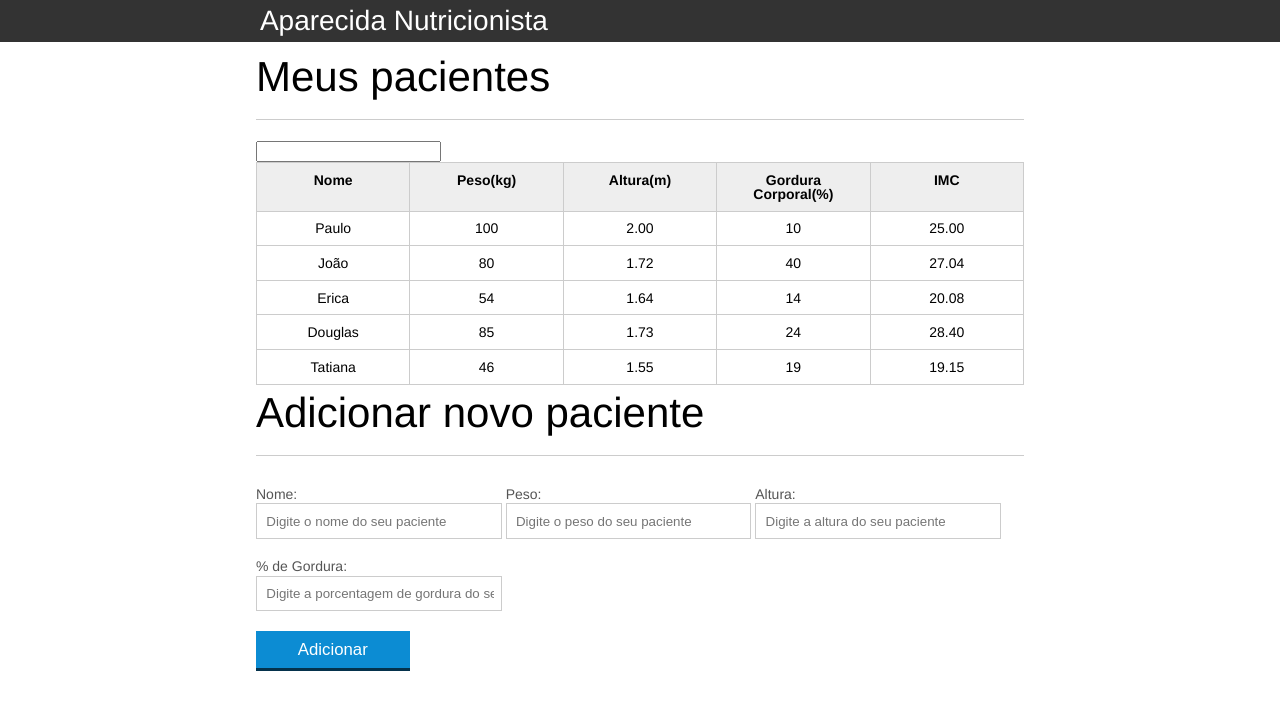
Repository: GabbLps/Controle-de-Clientes-Alura
Page: index.html
These files come from the project's save history. The page is drawn as it stood at one moment and after the next save; the edit follows.
The browser window is 1280 px wide. The pictures show the whole page.

Above is the page before, as saved 2022-05-15 18:42:43.

### index.html
<!DOCTYPE html>
<html lang="pt-br">
	<head>
		<meta charset="UTF-8">
		<title>Aparecida Nutrição</title>
		<link rel="icon" href="favicon.ico" type="image/x-icon">
		<link rel="stylesheet" type="text/css" href="css/reset.css">
		<link rel="stylesheet" type="text/css" href="css/index.css">

	</head>
	<body>

		<header>
			<div class="container">
				<h1 class="titulo">Aparecida Nutrição</h1>
			</div>
		</header>
		<main>
			<section class="container">
				<h2>Meus pacientes</h2>

				<input type="text" name="filtro" id="filtrar-tabela">
				<table>
					<thead>
						<tr>
							<th>Nome</th>
							<th>Peso(kg)</th>
							<th>Altura(m)</th>
							<th>Gordura Corporal(%)</th>
							<th>IMC</th>
						</tr>
					</thead>
					<tbody id="tabela-pacientes">
						<tr class="paciente" id="primeiro-paciente" >
							<td class="info-nome">Paulo</td>
							<td class="info-peso">100</td>
							<td class="info-altura">2.00</td>
							<td class="info-gordura">10</td>
							<td class="info-imc">0</td>
						</tr>

						<tr class="paciente" >
							<td class="info-nome">João</td>
							<td class="info-peso">80</td>
							<td class="info-altura">1.72</td>
							<td class="info-gordura">40</td>
							<td class="info-imc">0</td>
						</tr>

						<tr class="paciente" >
							<td class="info-nome">Erica</td>
							<td class="info-peso">54</td>
							<td class="info-altura">1.64</td>
							<td class="info-gordura">14</td>
							<td class="info-imc">0</td>
						</tr>

						<tr class="paciente">
							<td class="info-nome">Douglas</td>
							<td class="info-peso">85</td>
							<td class="info-altura">1.73</td>
							<td class="info-gordura">24</td>
							<td class="info-imc">0</td>
						</tr>
						<tr class="paciente" >
							<td class="info-nome">Tatiana</td>
							<td class="info-peso">46</td>
							<td class="info-altura">1.55</td>
							<td class="info-gordura">19</td>
							<td class="info-imc">0</td>
						</tr>
					</tbody>
				</table>

			</section>
		</main>

		<section class="container">
			<h2 id="titulo-form">Adicionar novo paciente</h2>
			<ul id="mensagens-erro">

			</ul>
			<form id="form-adiciona">
				<div class="grupo">
					<label for="nome">Nome:</label>
					<input id="nome" name="nome" type="text" placeholder="Digite o nome do seu paciente" class="campo">
				</div>
				<div class="grupo">
					<label for="peso">Peso:</label>
					<input id="peso" name="peso" type="text" placeholder="Digite o peso do seu paciente" class="campo campo-medio">
				</div>
				<div class="grupo">
					<label for="altura">Altura:</label>
					<input id="altura" name="altura" type="text" placeholder="Digite a altura do seu paciente" class="campo campo-medio">
				</div>
				<div class="grupo">
					<label for="gordura">% de Gordura:</label>
					<input id="gordura" type="text" placeholder="Digite a porcentagem de gordura do seu paciente" class="campo campo-medio">
				</div>

				<button id="adicionar-paciente" class="botao bto-principal">Adicionar</button>
			</form>
		</section>

		<script src="js/calcula-imc.js"></script>
		<script src="js/form.js"></script>
		<script src="js/remover-paciente.js"></script>
	</body>
</html>

### css/index.css
*{
	box-sizing: border-box;
 }

body{
	font-family: "Helvetica Neue", "Helvetica", Helvetica, Arial, sans-serif;
	font-size: 14px;
}

header{
	background-color: #333;
	height: 3em;
	color: #FFF;
	margin-bottom: 1em;
}

header h1{
	font-size: 2em;
	display:inline-block;
	vertical-align:	middle;
}
header h2{
	font-size: 2em;
	display:inline-block;
	vertical-align:	middle;
}

header .container:before{
	content: '';
	display:inline-block;
	height: 100%;
	vertical-align:	middle;
}

.container{
	width: 60%;
	height: 100%;
	margin: 0 auto;
}

section{
	margin: 2em 0;
	overflow: hidden;
}

section h2{
	font-size: 3em;
	display: block;
	padding-bottom: .5em;
	border-bottom: 1px solid #ccc;
	margin-bottom: .5em;
}

table{
	width: 100%;
	margin-bottom : .5em;
    table-layout: fixed;

}

td, th {
	padding: .7em;
	margin: 0;
	border: 1px solid #ccc;
	text-align: center;
}

th{
	font-weight: bold;
	background-color: #EEE;
}

label{
	color: #555;
	display: block;
	margin-bottom: .2em;
}

.campo{
	margin: 0;
	padding-bottom: 1em;
	width: 100%;
	border: 1px solid #ccc;
	padding: .7em;
	width: 100%;
}

.campo-medio{
	display: inline-block;
	padding-right: .5em;
}

.grupo{
	width: 32%;
	display: inline-block;
	padding: 10px 0px;
}

button{
	padding: .5em 2em;
	border: 0;
	border-bottom: 3px solid;
	font-size: 1.2em;
	cursor: pointer;
	margin: 0;
	margin-top: -3px;
	color: #fff;
	background-color:#0c8cd3;
	border-color: #04324c;
	width: 20%;
    display: block;
    clear: both;
    margin: 10px 0px;

}

button:active{
	margin-top:0px;
	border: 0;
}

button[disabled=disabled], button:disabled {
    background-color: gray;
	border-color: darkgray;

}

.adicionar-paciente{
    margin-top: 30px;
}

.campo-invalido{
	border: 1px solid red;
}

.paciente-invalido {
	background-color: lightcoral;
}

#mensagens-erro{
	color:red;
}

.fadeOut {
	opacity: 0;
	transition: 0.5s;
}

### js/calcula-imc.js
var titulo = document.querySelector(".titulo");
titulo.textContent = "Aparecida Nutricionista";

var pacientes = document.querySelectorAll(".paciente");

for(var i = 0;i < pacientes.length; i++) {

    var paciente = pacientes[i];

    var tdPeso = paciente.querySelector(".info-peso");
    var peso = tdPeso.textContent;

    var tdAltura = paciente.querySelector(".info-altura");
    var altura = tdAltura.textContent;

    var tdImc = paciente.querySelector(".info-imc");

    var pesoEhValido = validaPeso(peso); //true or false
    var alturaEhValida = validaAltura(altura); //true or false

    if(!pesoEhValido) {
        console.log("Peso inválido!")
        pesoEhValido = false;
        tdImc.textContent = "Peso inválido!"
        paciente.classList.add("paciente-invalido");
    }

    if(!alturaEhValida) {
        console.log("Altura inválida!")
        pesoEhValido = false;
        tdImc.textContent = "Altura inválida!";
        paciente.classList.add("paciente-invalido");
    }

    if(pesoEhValido && alturaEhValida) {
        var imc = calculaImc(peso,altura);
        tdImc.textContent = imc;
    }
}

function validaPeso(peso) {
    if(peso >= 0 && peso < 1000) {
        return true;
    }else{
        return false;
    }
}

function validaAltura(altura) {
    if(altura >= 0 && altura <= 3.0) {
        return true;
    } else {
        return false;
    }
}

function calculaImc(peso,altura) {
    var imc = 0;

    imc = peso / (altura*altura);

    return imc.toFixed(2);
}

### js/form.js
var botaoAdicionar = document.querySelector("#adicionar-paciente");
botaoAdicionar.addEventListener("click", function(event) {
    event.preventDefault();

    var form = document.querySelector("#form-adiciona");
    var paciente = obtemPacienteDoFormulario(form);

    var pacienteTr = montaTr(paciente);

    var erros = validaPaciente(paciente);
    console.log(erros);

    if(erros.length > 0){
        exibeMensagensDeErro(erros);
        return;
    }

    //  Adicionando paciente na tabela
    var tabela = document.querySelector("#tabela-pacientes");

    tabela.appendChild(pacienteTr);
    form.reset();

    // Apagar conteudo de dentro da UL que contem os erros
    var mensagensErro = document.querySelector("#mensagens-erro");
    mensagensErro.innerHTML = "";
});

    function exibeMensagensDeErro(erros) {
        var ul = document.querySelector("#mensagens-erro");
        ul.innerHTML = "";
        erros.forEach(function(erro){
            var li = document.createElement("li");
            li.textContent = erro;
            ul.appendChild(li);
        });
    }

function obtemPacienteDoFormulario(form) {

    var paciente = {
        nome: form.nome.value,
        peso: form.peso.value,
        altura: form.altura.value,
        gordura: form.gordura.value,
        imc: calculaImc(form.peso.value, form.altura.value)
    }
    return paciente;
}

function montaTr(paciente){
    var pacienteTr = document.createElement("tr");  // Cria uma tr
    pacienteTr.classList.add("paciente");

    pacienteTr.appendChild(montaTd(paciente.nome, "info-nome"));   // Adiciona nomeTd dentro da Tr
    pacienteTr.appendChild(montaTd(paciente.peso, "info-peso"));
    pacienteTr.appendChild(montaTd(paciente.altura, "info-altura"));
    pacienteTr.appendChild(montaTd(paciente.gordura, "info-gordura"));
    pacienteTr.appendChild(montaTd(paciente.imc, "info-imc"));

    return pacienteTr;
}

function montaTd(dado,classe) {
    var td = document.createElement("td");  // Cria uma  td
    td.textContent = dado;   //  Adiciona um valor para essa td
    td.classList.add(classe); // Adiciona a classe no Td
    return td;
}

function validaPaciente(paciente) {

    var erros = [];

    if(paciente.nome.length == 0) {
        erros.push("O nome não pode ser em branco.");
    }

    if(!validaPeso(paciente.peso)){
        erros.push("Peso inválido!");
    }

    if(!validaAltura(paciente.altura)){
        erros.push("Altura inválida!");
    }

    if(paciente.gordura.length == 0) {
        erros.push("A gordura não pode ser em branco.");
    }

    if(paciente.peso.length == 0) {
        erros.push("O peso não pode ser em branco.");
    }

    if(paciente.altura.length == 0) {
        erros.push("A altura não pode ser em branco.");
    }
    return erros;
}

### js/remover-paciente.js
var pacientes = document.querySelectorAll(".paciente");

var tabela = document.querySelector("#tabela-pacientes");

tabela.addEventListener("dblclick", function(e){
    e.target.parentNode.classList.add("fadeOut");

    setTimeout(function(){
        e.target.parentNode.remove();
    }, 500);

      // e. target = o filho que é clicado
});  // parentNode é o pai dele.     e.target = alvoDoEvento e o parentNode = o pai dele.

/*
pacientes.forEach(function(paciente){
    paciente.addEventListener("dblclick", function(){
        console.log("Fui clicado com um duplo clique!");
        this.remove();  // this = quem for clicado ou recebe a ação/evento.
    });
});
*/

Loaded but not shown: css/reset.css (common file)

After the next save:
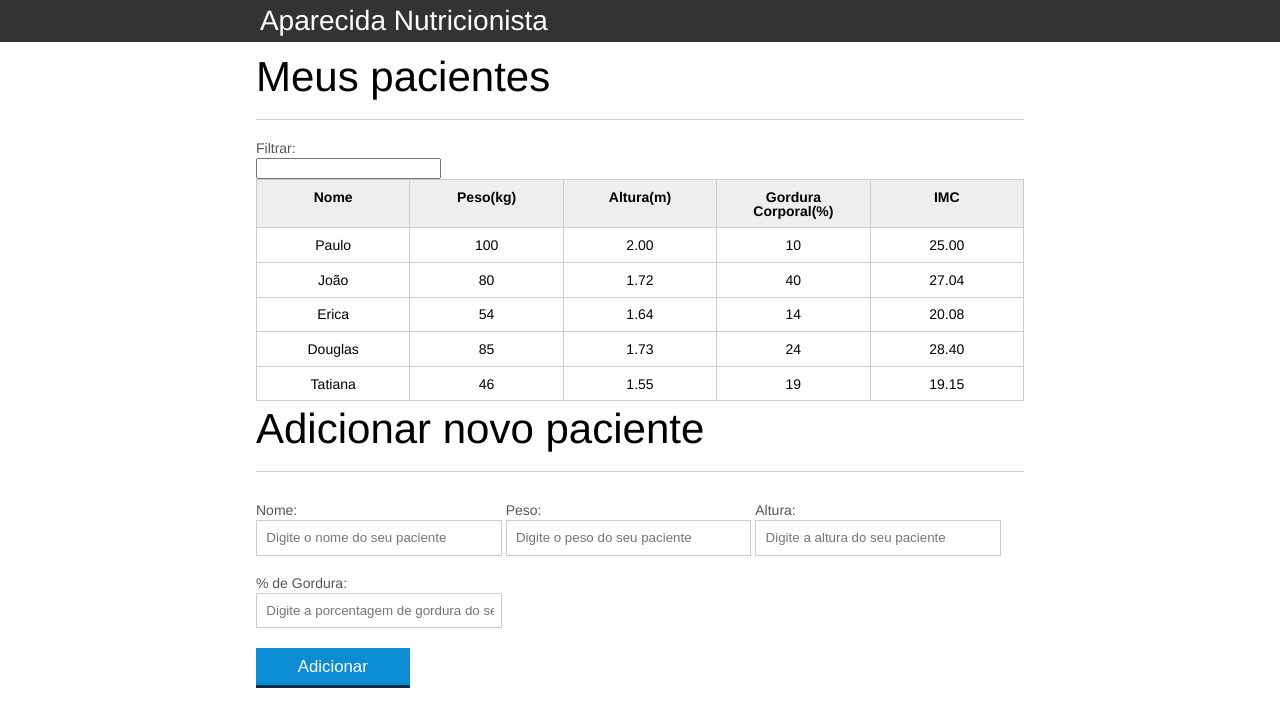
Saved 40 s later.
--- a/index.html
+++ b/index.html
@@ -18,7 +18,7 @@
 		<main>
 			<section class="container">
 				<h2>Meus pacientes</h2>
-
+				<label for="filtrar-tabela">Filtrar:</label>
 				<input type="text" name="filtro" id="filtrar-tabela">
 				<table>
 					<thead>
